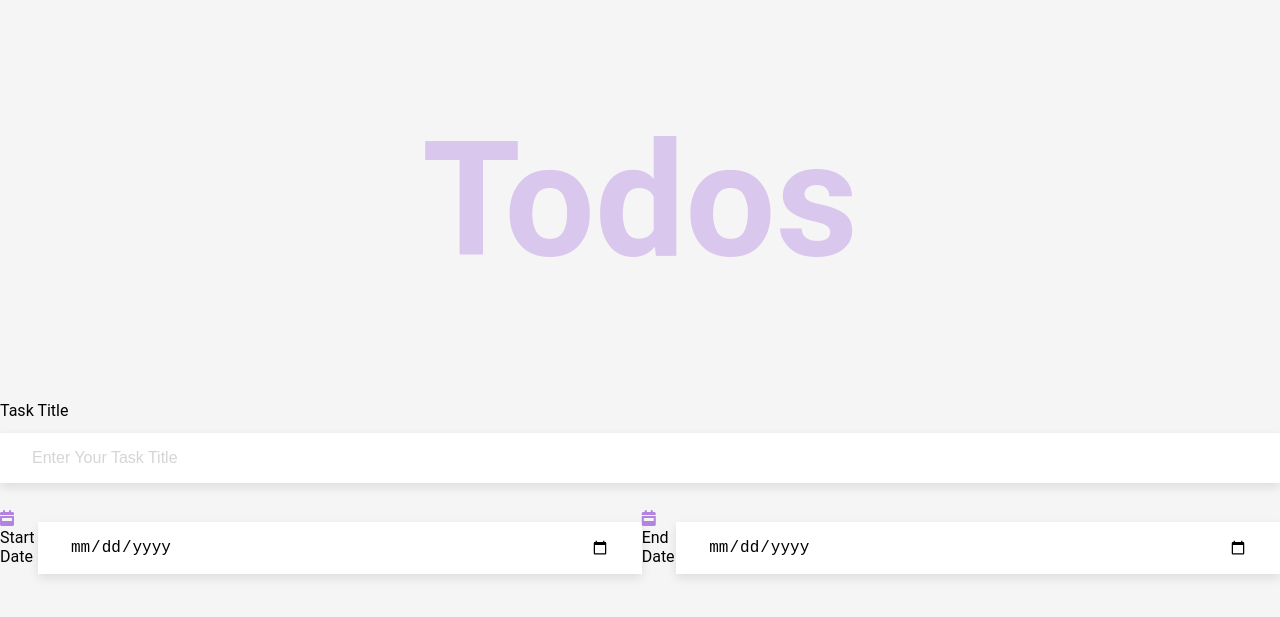
Repository: Surahailat/TypeScript
Page: Mini project 10-3/Project-TS.html
An editor plug-in stored every save of this project. The page is shown before and after the next save, followed by the edit.
The browser window is 1280 px wide. The pictures show the whole page.

Above is the page before, as saved 2025-03-10 13:01:10.

After the next save:
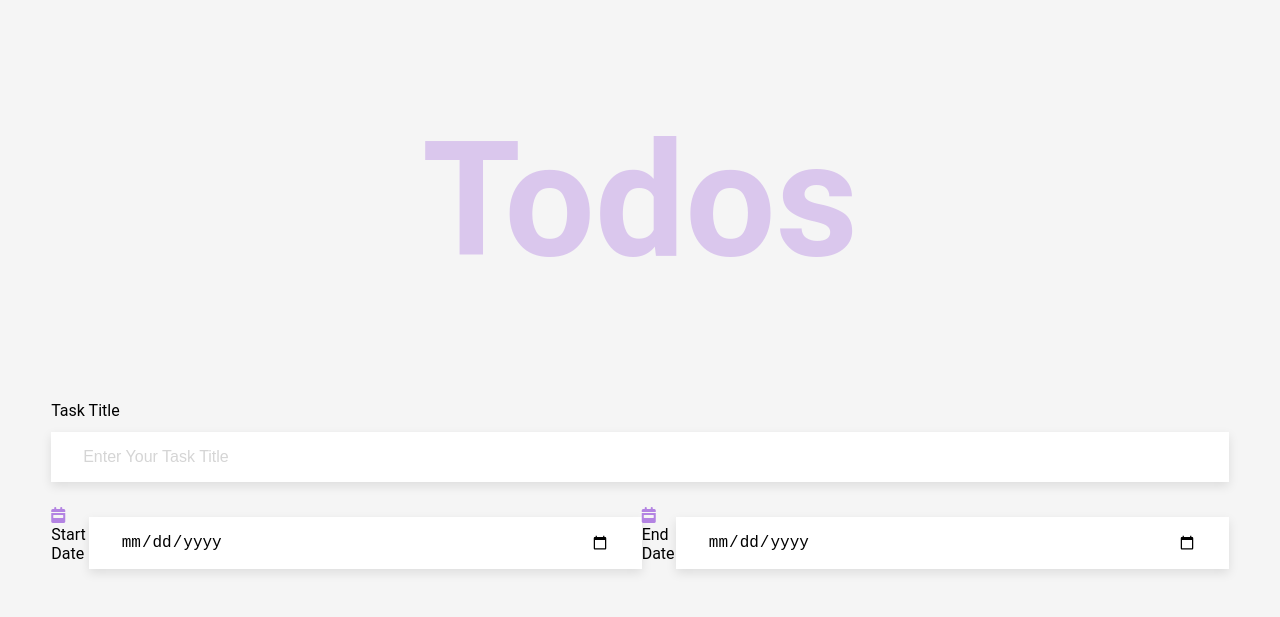
Saved 5 s later.
--- a/Mini project 10-3/Project-TS.html
+++ b/Mini project 10-3/Project-TS.html
@@ -25,7 +25,7 @@
 
         }
 .form{
-    margin: ;
+    margin: 4%;
 }
         .input {
             width: 400px;
